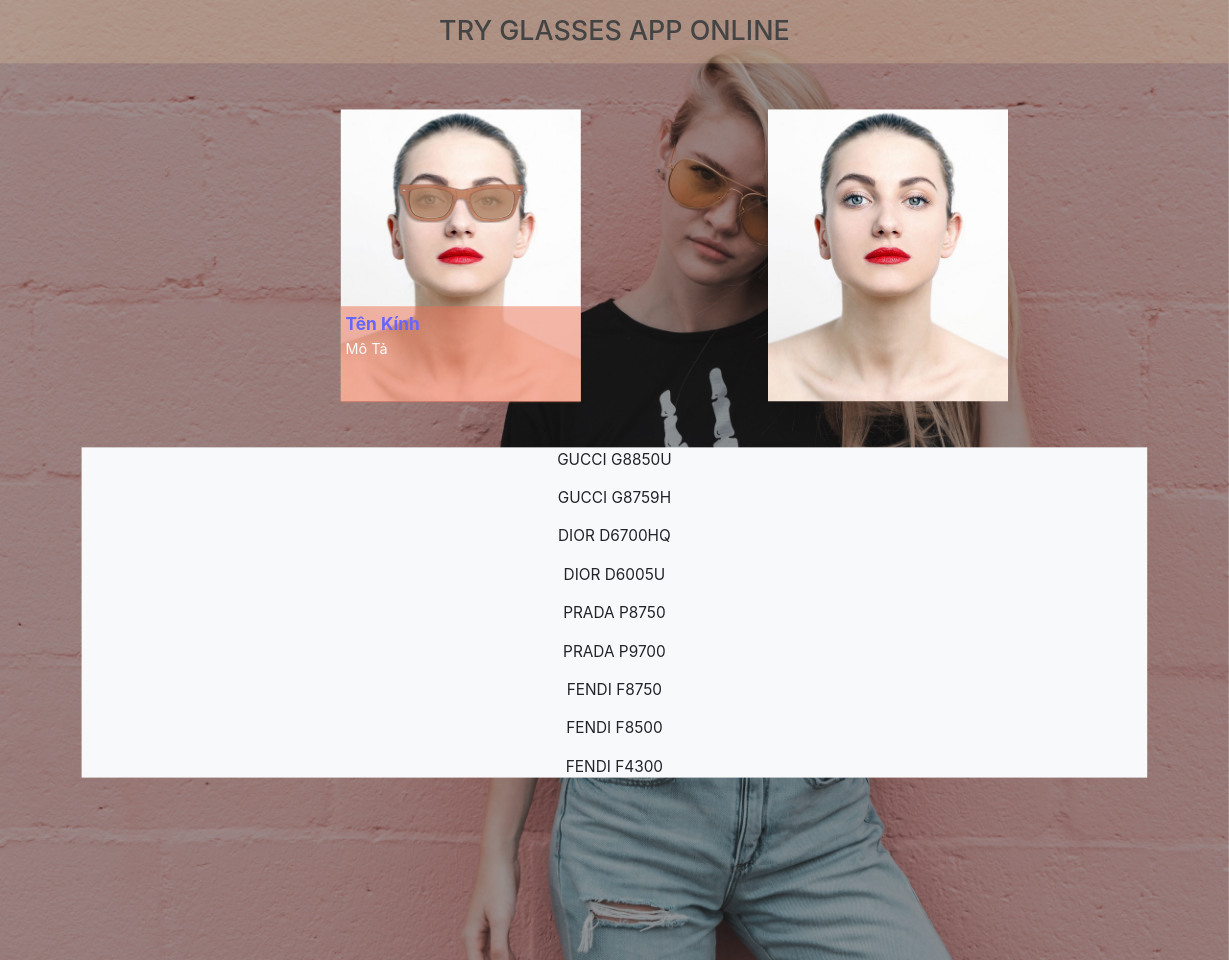
Repository: LeHieuSP/Baitapthukinh_LTH_FE70
Page: /
An editor plug-in stored every save of this project. The page is shown before and after the next save, followed by the edit.
The browser window is 1280 px wide. The pictures show the whole page, at 96% of full size.
The project was rebuilt for these pictures with package versions that can differ from the ones it lists, and the page was loaded fresh each time. Also part of the build but not shown: src/index.css, src/App.css, src/redux/actions/BaiTapDatVeAction.js, src/BaiTapRedux/BaiTapBookingTicket/ThongTinDatGhe.js, src/BaiTapRedux/BaiTapBookingTicket/HangGhe.js, src/BaiTapRedux/BaiTapBookingTicket/BaiTapBookingTicket.js.

Above is the page before, as saved 2022-03-10 00:54:50.

After the next save:
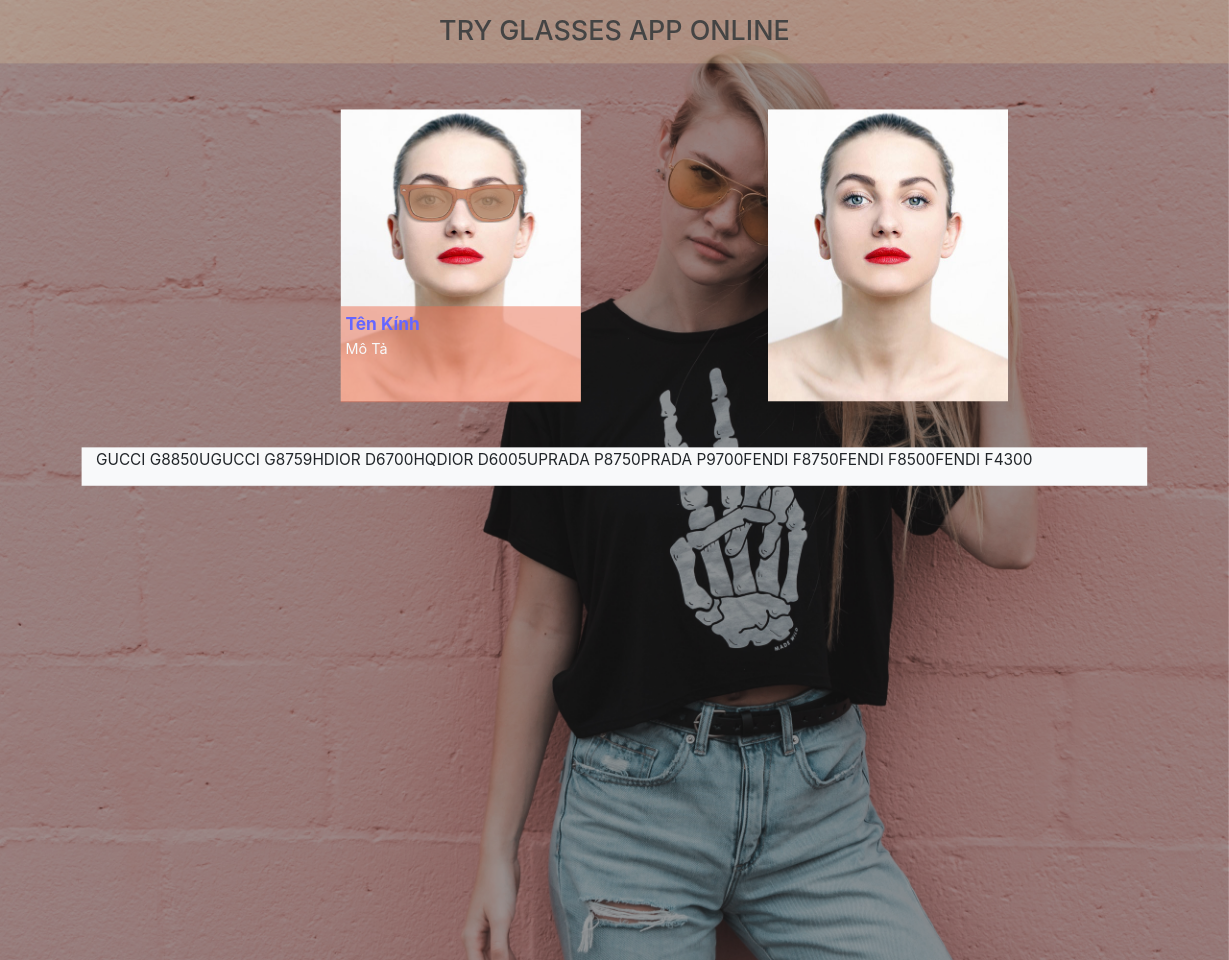
Saved 78 s later.
--- a/src/BaiTapThuKinh/BaiTapThuKinh.js
+++ b/src/BaiTapThuKinh/BaiTapThuKinh.js
@@ -81,7 +81,7 @@
             </div>
 
           {/* div chứa các kính được chọn*/}
-          <div className="bg-light container text-center mt-5">
+          <div className="bg-light container text-center mt-5 d-flex">
             {this.renderGlassesList()}
           </div>
           </div>
